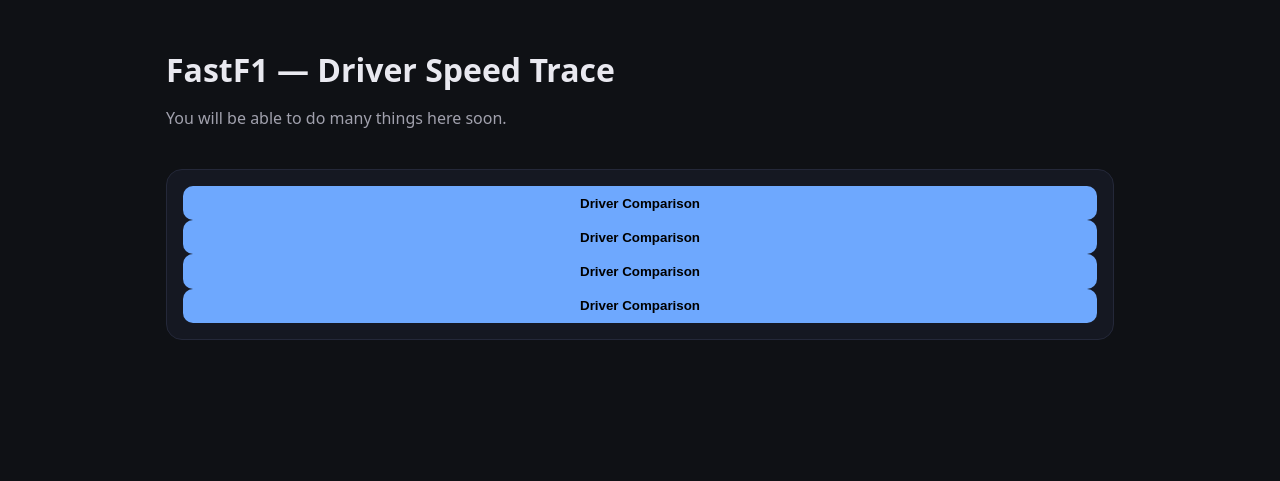
Repository: gqnsptaa/fastf1_web_preview
Page: http://localhost/menu
The author's editor kept a copy of each file at every save. The page is drawn from the files as they stood at one save, then again after the next save.
The browser window is 1280 px wide. The pictures show the whole page.
The page is served by the project's application, run on Flask 3 (app.py).

Above is the page before, as saved 2025-09-22 16:42:52.

### templates/menu.html
<!DOCTYPE html>
<html lang="en">
  <head>
    <meta charset="utf-8" />
    <meta name="viewport" content="width=device-width, initial-scale=1" />
    <title>FastF1 — Driver Speed Trace</title>
    <link
      rel="stylesheet"
      href="{{ url_for('static', filename='styles.css') }}"
    />
  </head>
  <body>
    <div class="wrap">
      <header>
        <h1>FastF1 — Driver Speed Trace</h1>
        <p class="muted">You will be able to do many things here soon.</p>
      </header>
      <div class="card">
        <div class="full">
          <button type="submit">Driver Comparison</button>
        </div>
        <div class="full">
          <button type="submit">Driver Comparison</button>
        </div>
        <div class="full">
          <button type="submit">Driver Comparison</button>
        </div>
        <div class="full">
          <button type="submit">Driver Comparison</button>
        </div>
      </div>
    </div>
  </body>
</html>

### app.py
from pathlib import Path
import time
from flask import Flask, render_template, request, redirect, url_for, flash
import matplotlib
matplotlib.use("Agg")   # headless backend for servers
import matplotlib.pyplot as plt
import matplotlib.pyplot as plt
import fastf1
import fastf1.plotting as f1plt

app = Flask(__name__)
app.secret_key = "dev"

BASE_DIR = Path(__file__).parent.resolve()
CACHE_DIR = BASE_DIR / ".fastf1"
CACHE_DIR.mkdir(parents=True, exist_ok=True)
fastf1.Cache.enable_cache(str(CACHE_DIR))

@app.get("/healthz")
def healthz():
    return "ok"

@app.get("/")
def index():
    return render_template("index.html")

@app.get("/menu")
def menu():
    return render_template("menu.html")

@app.route("/result", methods=["GET"])
def result():
    p = BASE_DIR / "static" / "plot.png"
    if p.exists():
        plot_url = url_for("static", filename="plot.png", v=int(time.time()))
    return render_template("result.html", plot_url=plot_url)


@app.post("/plot")
def plot():
    year = int(request.form.get("year", "2025"))
    event = request.form.get("event", "...")
    session_code = request.form.get("session", "Q")
    drv1 = (request.form.get("driver1", "") or "").upper().strip()
    drv2 = (request.form.get("driver2", "") or "").upper().strip()

    sess = fastf1.get_session(year, int(event) if event.isdigit() else event, session_code)
    sess.load(laps=True, telemetry=True)

    f1plt.setup_mpl()
    fig, ax = plt.subplots(figsize=(10, 5), dpi=150)

    plotted = False
    if drv1:
        lap1 = sess.laps.pick_driver(drv1).pick_fastest()
        tel1 = lap1.get_telemetry()
        ax.plot(tel1["Distance"], tel1["Speed"], label=f"{drv1} fastest")
        plotted = True
    if drv2:
        lap2 = sess.laps.pick_driver(drv2).pick_fastest()
        tel2 = lap2.get_telemetry()
        ax.plot(tel2["Distance"], tel2["Speed"], label=f"{drv2} fastest")
        plotted = True
    if not plotted:
        lap = sess.laps.pick_fastest()
        tel = lap.get_telemetry()
        ax.plot(tel["Distance"], tel["Speed"], label=f"{lap['Driver']} (overall fastest)")

    ax.set_xlabel("Distance [m]"); ax.set_ylabel("Speed [km/h]")
    ax.set_title(f"{sess.event['EventName']} {sess.event.year} — {sess.name}")
    ax.grid(True); ax.legend(); fig.tight_layout()

    out = BASE_DIR / "static" / "plot.png"
    fig.savefig(out, bbox_inches="tight")
    plt.close(fig)

    flash("Plot generated", "success")
    return redirect(url_for("result"))

if __name__ == "__main__":
    app.run(debug=True)  # browse to http://127.0.0.1:5000/

### static/styles.css
:root {
  --bg:#0f1115; --card:#151822; --text:#e9e9f0;
  --muted:#a1a1ad; --accent:#6ea8fe; --border:#242839;
}
* { box-sizing: border-box; }
body {
  margin: 0;
  font-family: system-ui, -apple-system, Segoe UI, Roboto, Helvetica, Arial;
  background: var(--bg);
  color: var(--text);
}
.wrap { max-width: 980px; margin: 24px auto 48px; padding: 0 16px; }
header { padding: 24px 0 8px; }
h1 { margin: 0 0 6px; }
.muted { color: var(--muted); }

.card {
  background: var(--card);
  border: 1px solid var(--border);
  border-radius: 16px;
  padding: 16px;
  margin-top: 16px;
}

label { display: block; margin: .25rem 0 .35rem; }
input, select, button {
  width: 100%;
  padding: .6rem .7rem;
  border: 1px solid var(--border);
  border-radius: 10px;
  background: #0f1115;
  color: var(--text);
}
form { display: grid; grid-template-columns: repeat(2, minmax(0,1fr)); gap: 12px; }
form .full { grid-column: 1 / -1; }

button {
  background: var(--accent);
  border: none;
  color: #000;
  font-weight: 600;
  cursor: pointer;
}

.img {
  display: grid;
  place-items: center;
  padding: 12px;
  border: 1px dashed var(--border);
  border-radius: 12px;
  min-height: 220px;
}
img { max-width: 100%; height: auto; border-radius: 10px; display: block; }

.flash { padding: .6rem .8rem; border-radius: 10px; margin: .35rem 0; font-size: .95rem; }
.success { background: #0f2f19; border: 1px solid #1d5e35; }
.error   { background: #2f1010; border: 1px solid #5e1d1d; }
.info    { background: #0f2132; border: 1px solid #1d3d5e; }

After the next save:
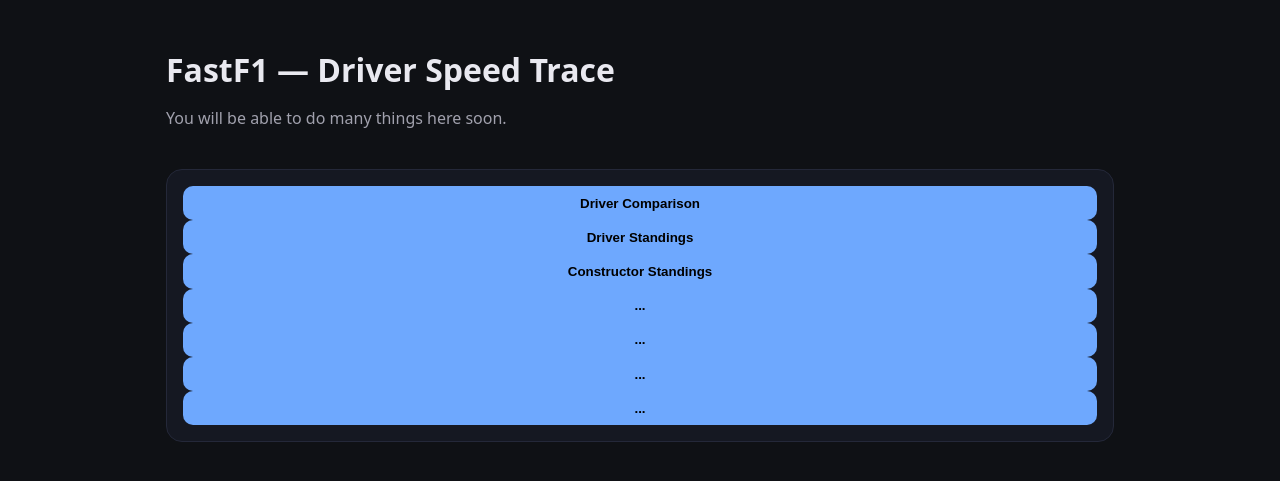
Saved 11 s later.
--- a/templates/menu.html
+++ b/templates/menu.html
@@ -18,15 +18,12 @@
       <div class="card">
         <div class="full">
           <button type="submit">Driver Comparison</button>
-        </div>
-        <div class="full">
-          <button type="submit">Driver Comparison</button>
-        </div>
-        <div class="full">
-          <button type="submit">Driver Comparison</button>
-        </div>
-        <div class="full">
-          <button type="submit">Driver Comparison</button>
+          <button type="submit">Driver Standings</button>
+          <button type="submit">Constructor Standings</button>
+          <button type="submit">...</button>
+          <button type="submit">...</button>
+          <button type="submit">...</button>
+          <button type="submit">...</button>
         </div>
       </div>
     </div>
